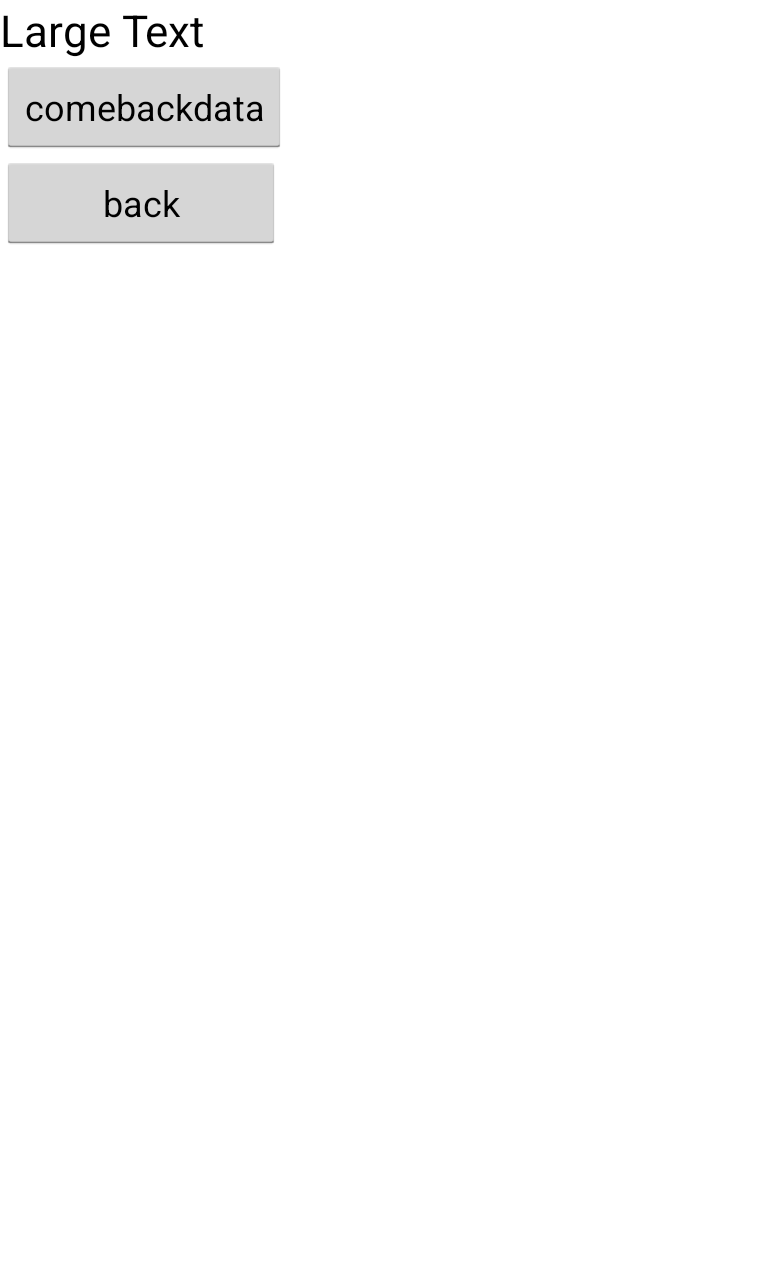
Repository: avenosu/android-coding-practice
Layout: Z001Activity/res/layout/aty1.xml
These files come from the project's save history. The layout is drawn as it stood at one moment and after the next save; the edit follows.
It is drawn on a 768 x 1280 px phone screen (xhdpi) without system bars, with theme AppTheme; the app's code is not run.

Above is the layout before, as saved 2015-03-24 11:11:40.

After the next save:
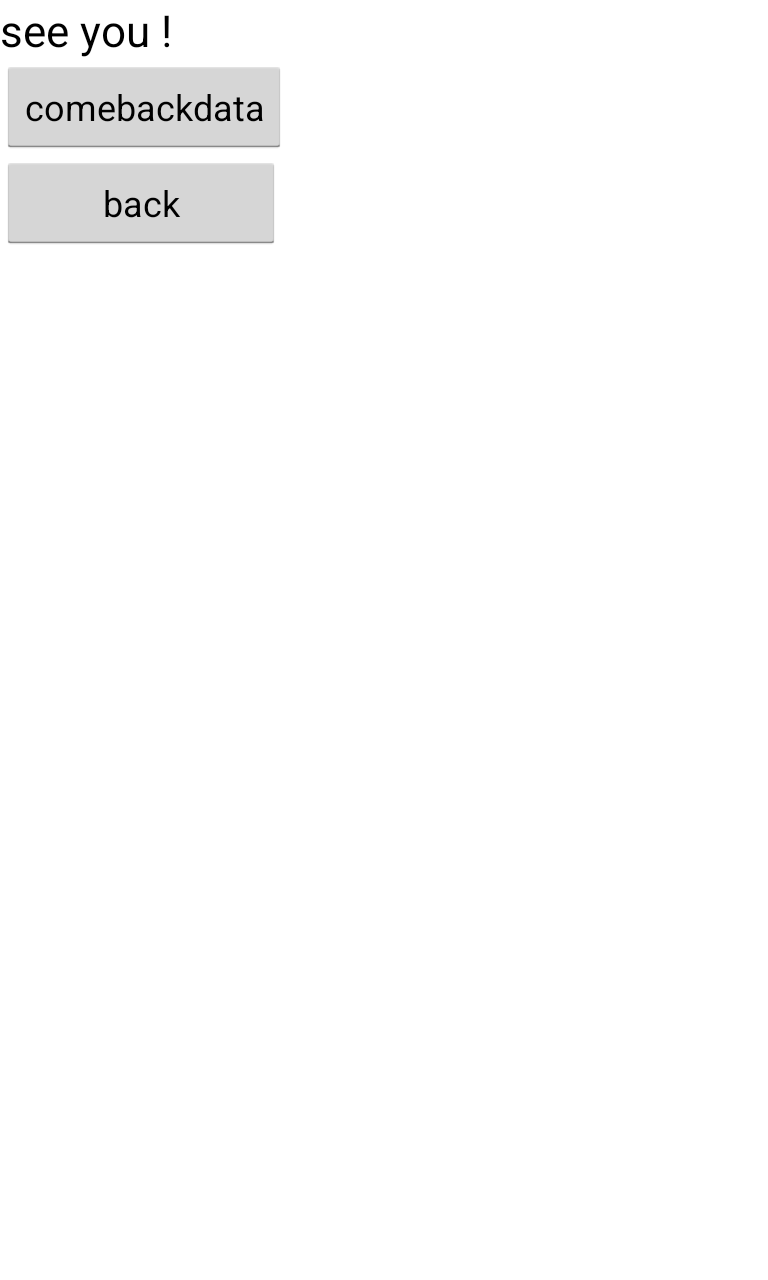
Saved 7 s later.
--- a/Z001Activity/res/layout/aty1.xml
+++ b/Z001Activity/res/layout/aty1.xml
@@ -5,10 +5,10 @@
     android:orientation="vertical" >
 
     <TextView
-        android:id="@+id/textView1"
+        android:id="@+id/aty1_textView1"
         android:layout_width="wrap_content"
         android:layout_height="wrap_content"
-        android:text="Large Text"
+        android:text="see you !"
         android:textAppearance="?android:attr/textAppearanceLarge" />
 
     <Button
